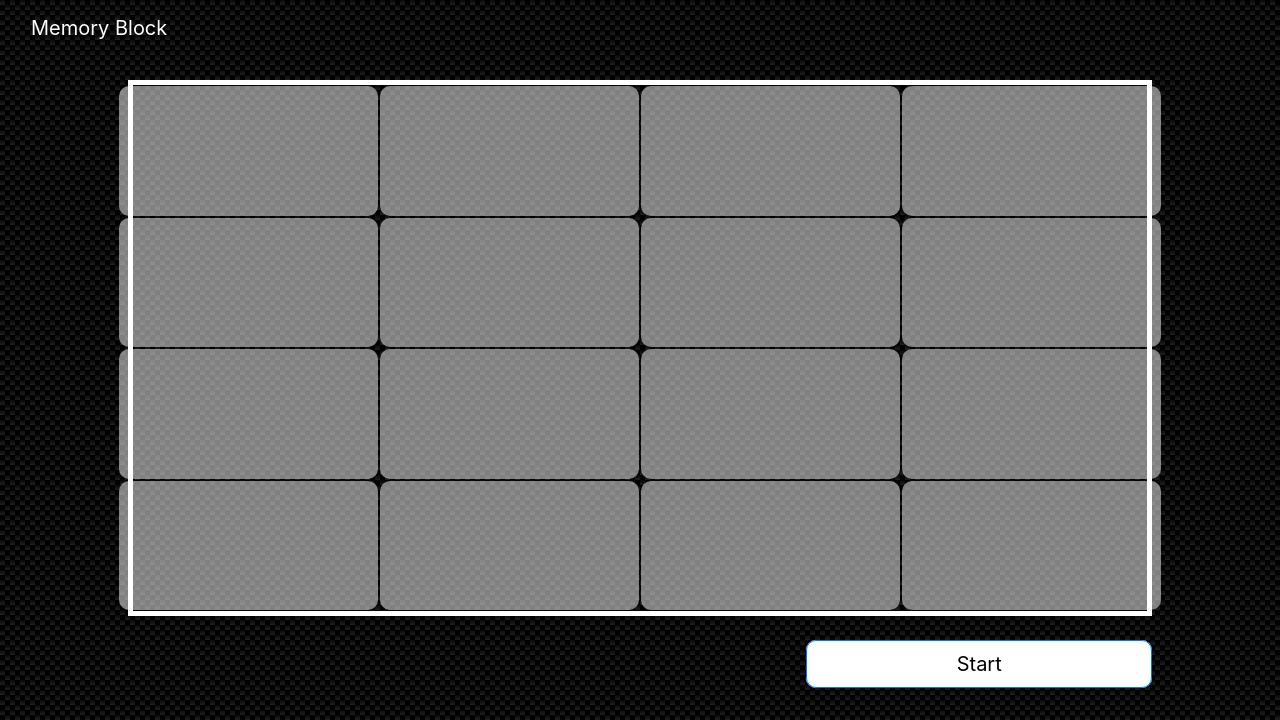
Repository: chrisrees85/memory-block
Page: medium.html
The author's editor kept a record of every edit. The page is drawn from the files as they stood at one moment, then again after the next edit.
The browser window is 1280 px wide. The pictures show the whole page.

Above is the page before.

After the next edit:
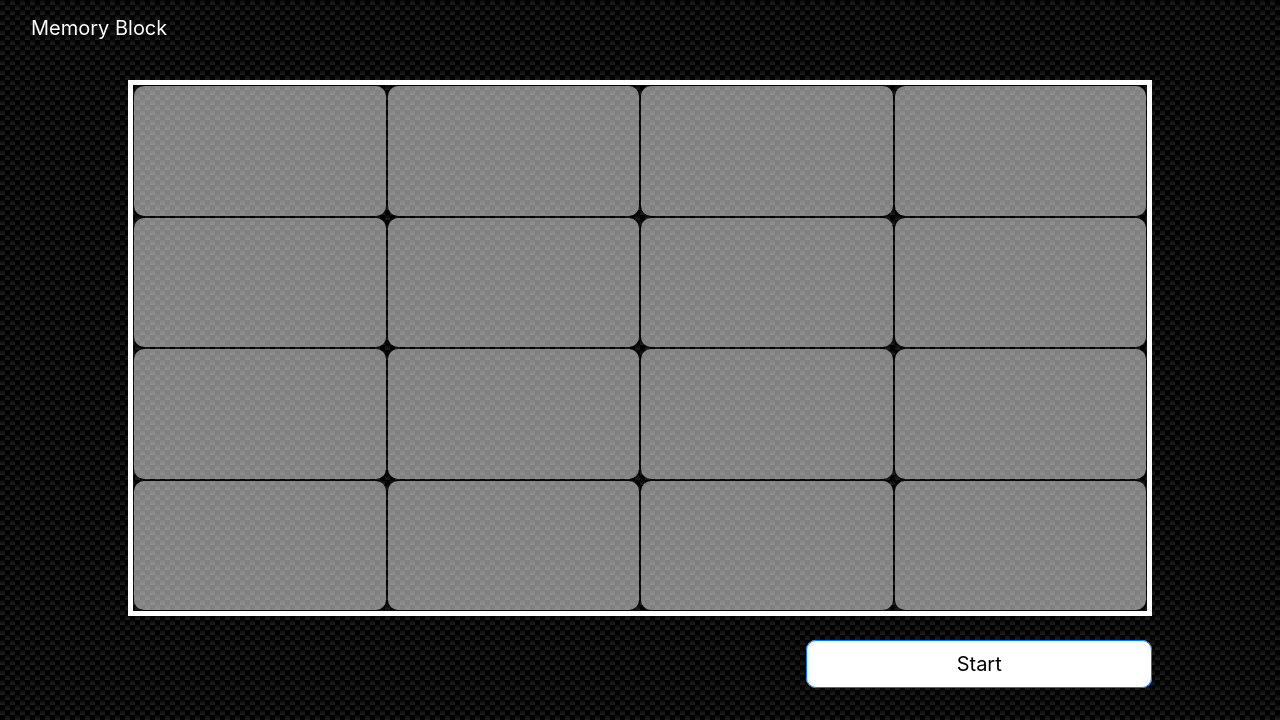
The edit:
--- a/medium.html
+++ b/medium.html
@@ -17,7 +17,7 @@
         </nav>
     </div>
     </br>
-        <div class="board">
+        <div class="container board">
             <div class="row">
                 <div class="col tiles"></div>
                 <div class="col tiles"></div>
